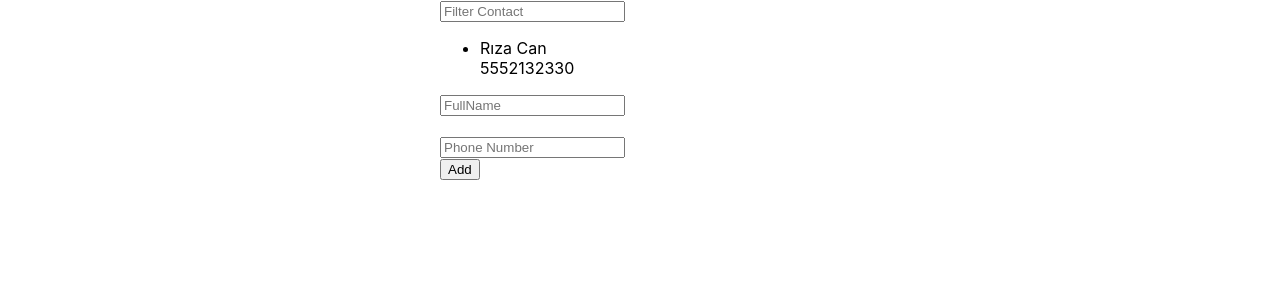
Repository: rizacantire/patika-react
Page: / (app in hello/)
An editor plug-in stored every save of this project. The page is shown before and after the next save, followed by the edit.
The browser window is 1280 px wide. The pictures show the whole page.
The project was rebuilt for these pictures with package versions that can differ from the ones it lists, and the page was loaded fresh each time.

Above is the page before, as saved 2021-12-14 14:51:45.

After the next save:
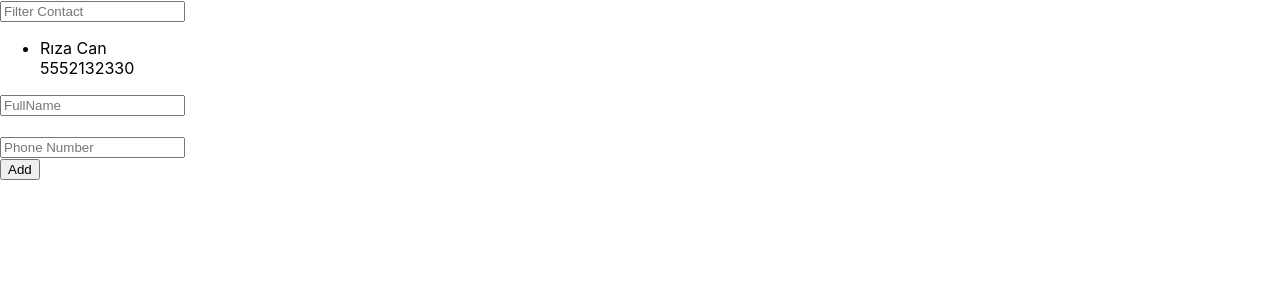
Saved 4 s later.
--- a/hello/src/App.css
+++ b/hello/src/App.css
@@ -6,5 +6,5 @@
 }
 
 #container{
-  width: 400px;
+  width: 1400px;
 }

After the save that followed:
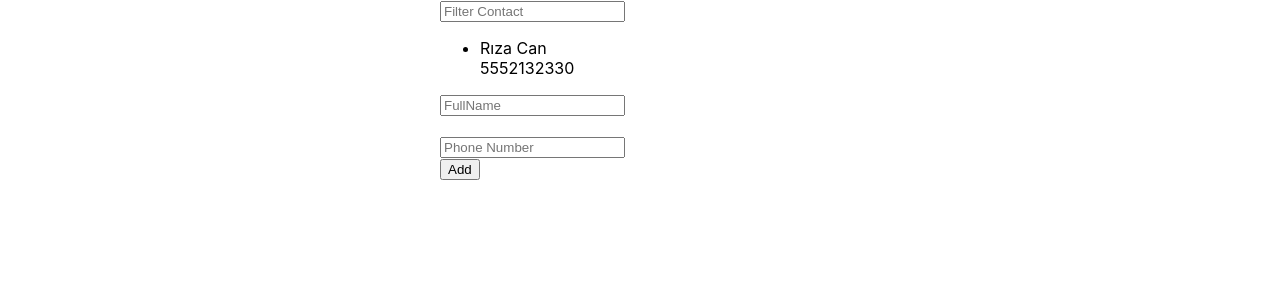
Saved 7 s later.
--- a/hello/src/App.css
+++ b/hello/src/App.css
@@ -6,5 +6,5 @@
 }
 
 #container{
-  width: 1400px;
+  width: 400px;
 }
